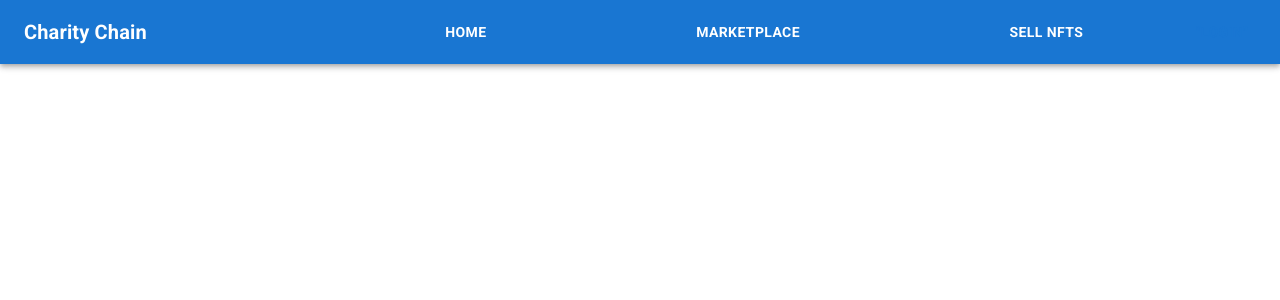
Repository: seanwjcho/charity-chain
Page: /
The author's editor kept a copy of each file at every save. The page is drawn from the files as they stood at one save, then again after the next save.
The browser window is 1280 px wide. The pictures show the whole page.
The project was rebuilt for these pictures with package versions that can differ from the ones it lists, and the page was loaded fresh each time. Also part of the build but not shown: src/App.css, src/components/NFTTile.js, src/components/Profile.js, src/components/NFT.js, src/App.js.

Above is the page before, as saved 2023-05-14 15:31:48.

After the next save:
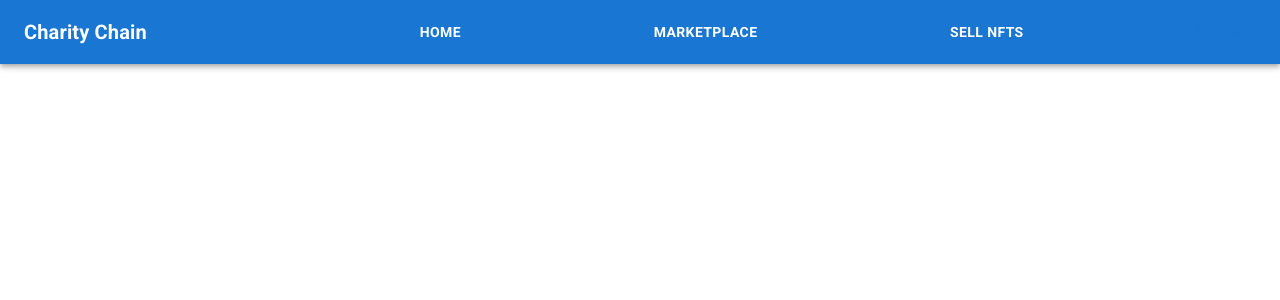
Saved 115 s later.
--- a/src/components/Navbar.js
+++ b/src/components/Navbar.js
@@ -76,6 +76,7 @@ function Navbar() {
                 :
                 <Button onClick = {() => connectToMetamask()}>"Login" </Button>
           }
+           <Button onClick = {() => connectToMetamask()}>"Login" </Button>
 
 
         </Toolbar>
